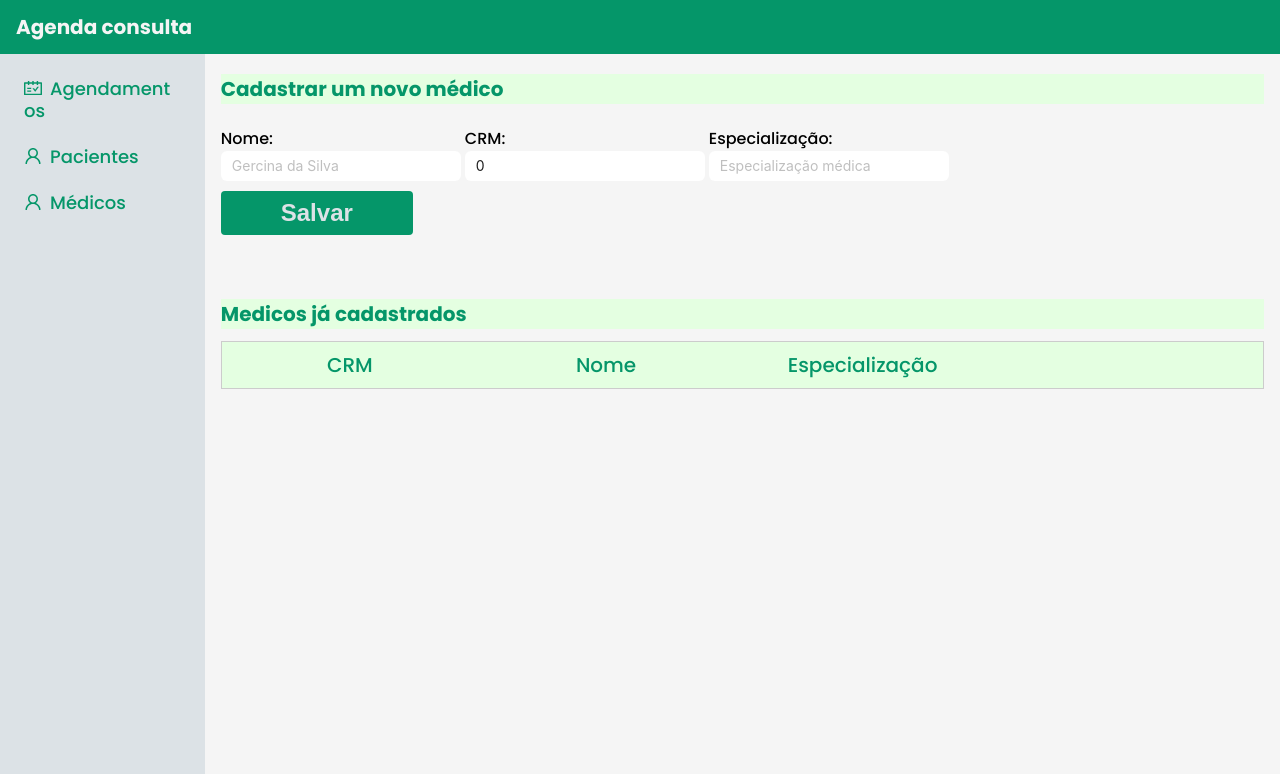
Repository: BarbaraCD/agendaconsulta
Page: /doctors
These files come from the project's save history. The page is drawn as it stood at one moment and after the next save; the edit follows.
The browser window is 1280 px wide. The pictures show the whole page.
The page's requests for data from a server got no answer. The project was rebuilt for these pictures with package versions that can differ from the ones it lists, and the page was loaded fresh each time. No one was signed in, and anything a server would have sent is missing. Also part of the build but not shown: vite.config.ts, src/styles/StyleList.ts, src/components/Doctors.tsx, src/components/Patients.tsx, src/services/patient.services.ts, src/components/InputPatient.tsx, src/components/CreatePatient.tsx, src/services/appointment.services.ts and 3 more.

Above is the page before, as saved 2023-08-10 08:53:32.

After the next save:
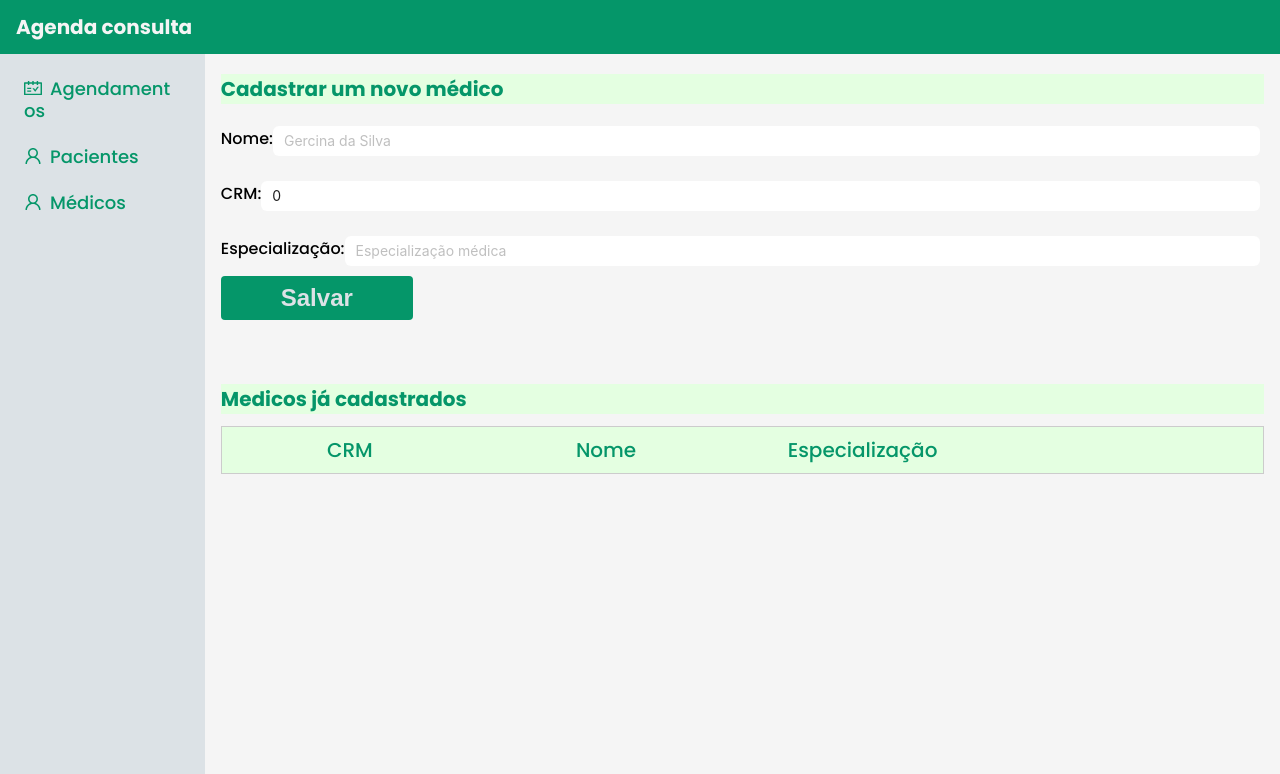
Saved 20 s later.
--- a/src/styles/InputContainer.ts
+++ b/src/styles/InputContainer.ts
@@ -7,7 +7,6 @@ export const InputContainer = styled.div`
   font-size: ${(props) => props.theme.size.md};
   padding: 10px 0;
   text-transform: 'uppercase';
-  display: flex;
 
   h3 {
     background-color: ${(props) => props.theme.colors[100]};
@@ -16,10 +15,12 @@ export const InputContainer = styled.div`
   }
 
   label {
+    display: flex;
     margin-right: 4px;
   }
 
   p{
+    flex: 1;
     font-size: ${(props) => props.theme.size.md};
     font-weight: 500;
   }
